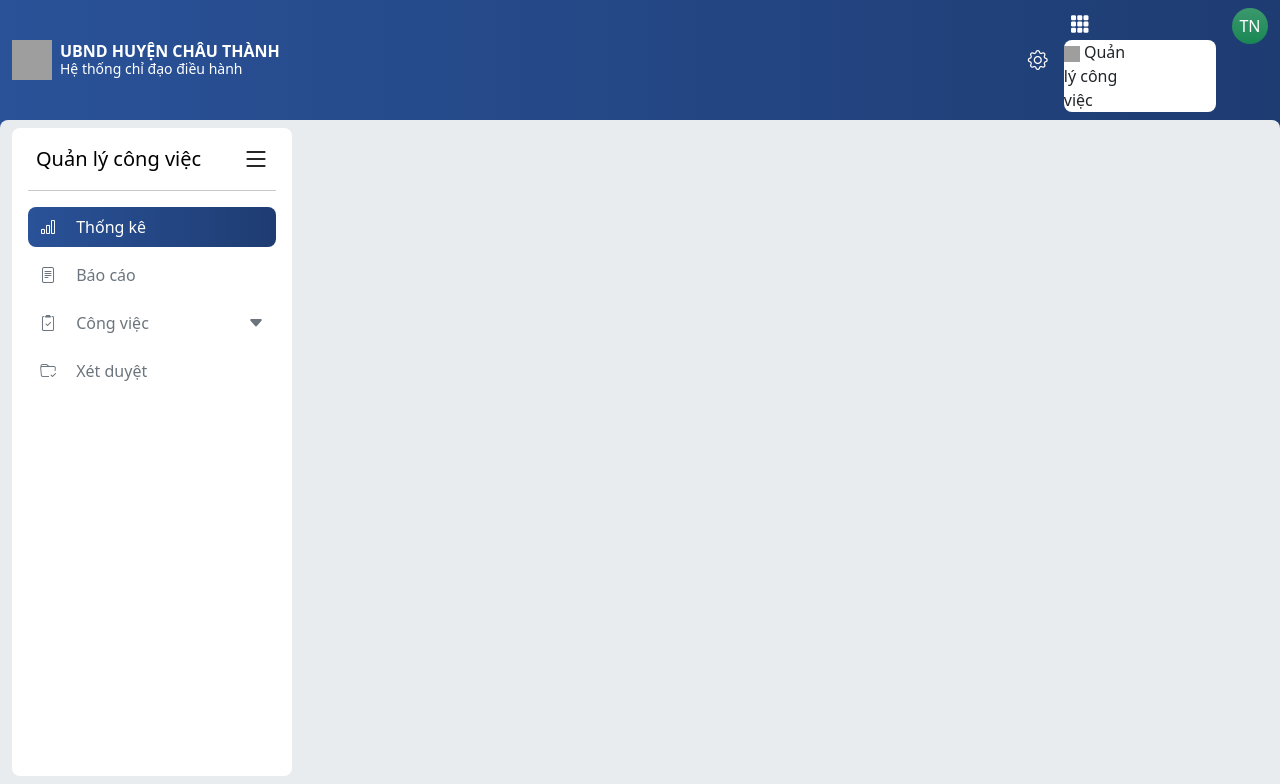
Repository: mys-pro/DATT-HeThongChiDaoDieuHanh
Page: index.html
These files come from the project's save history. The page is drawn as it stood at one moment and after the next save; the edit follows.
The browser window is 1280 px wide. The pictures show the whole page.
Pictures or frames that could not be fetched are drawn as grey boxes.

Above is the page before, as saved 2024-04-21 14:57:20.

After the next save:
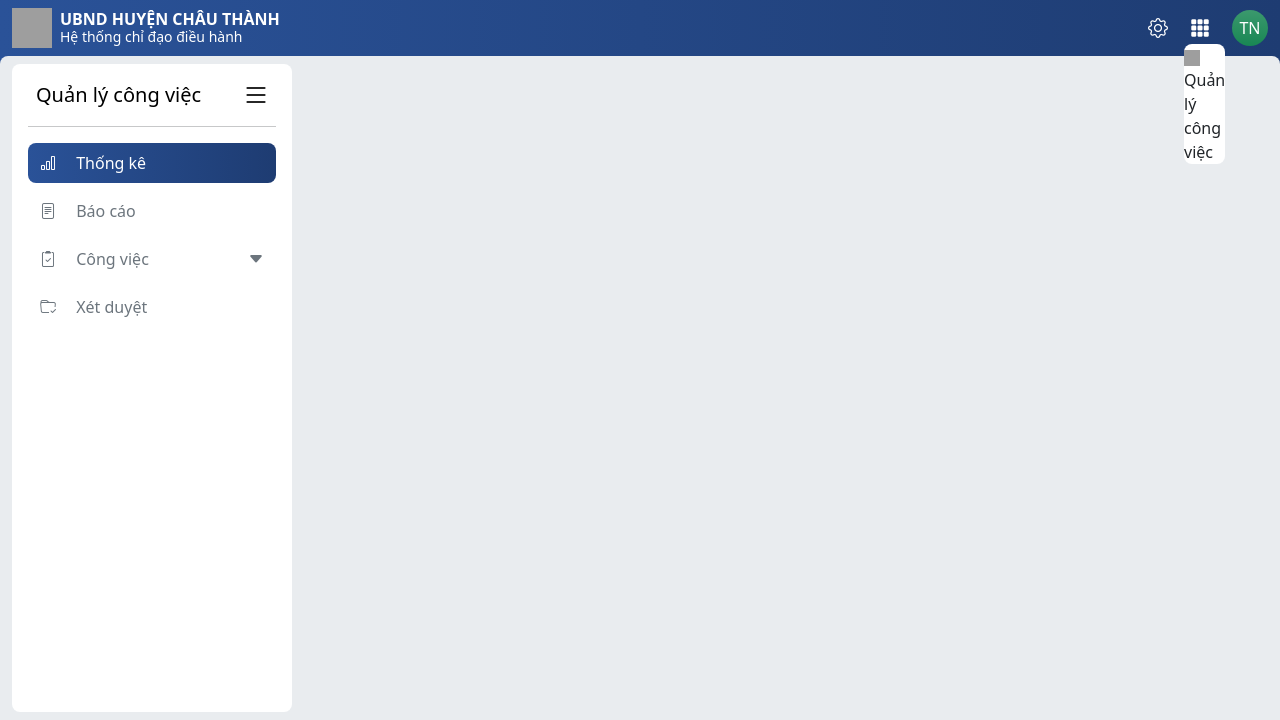
Saved 9 s later.
--- a/index.html
+++ b/index.html
@@ -38,7 +38,7 @@
                             id="dropdown-apps">
                                 <i class="bi bi-grid-3x3-gap-fill fs-5"></i>
                             </button>
-                            <div class="row-cols-2 bg-white rounded-3" id="list-apps">
+                            <div class="row-cols-2 bg-white rounded-3 position-absolute" id="list-apps">
                                 <div class="col">
                                     <img src="./Assets/Image/task-icon.png" alt="" width="16px" height="16px">
                                     <span class="fs-6">Quản lý công việc</span>
